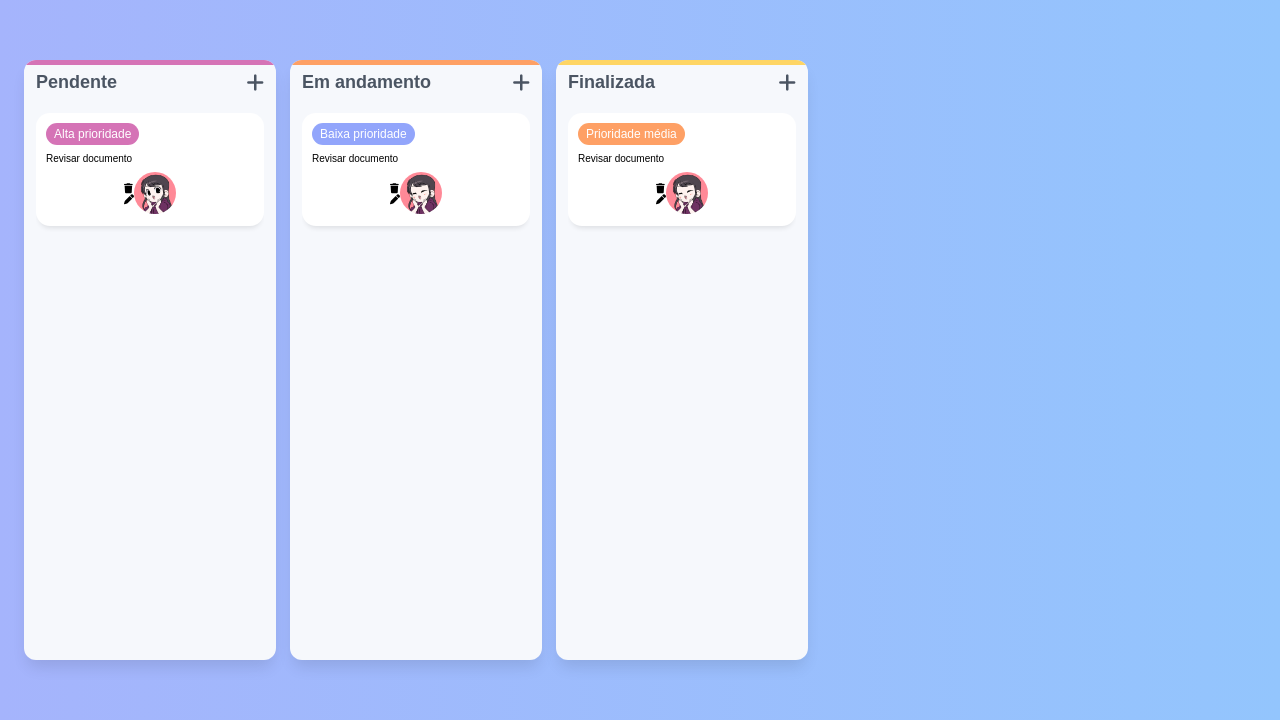
Repository: Marinalr-25/ProjetoToDoList
Page: index.html
An editor plug-in stored every save of this project. The page is shown before and after the next save, followed by the edit.
The browser window is 1280 px wide. The pictures show the whole page.
Some web fonts or font styles are not loaded; a fallback is used. Some web libraries are served in a nearby version.

Above is the page before, as saved 2024-10-29 22:32:59.

After the next save:
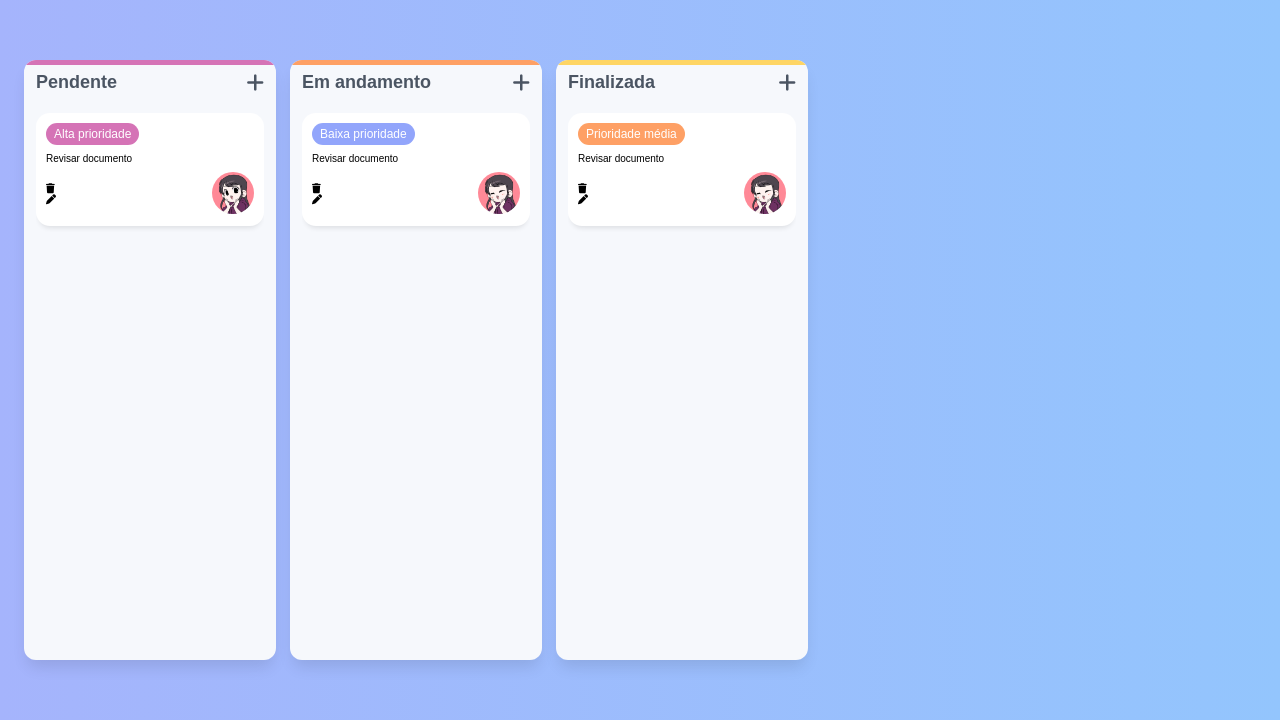
Saved 15 s later.
--- a/css/style.css
+++ b/css/style.css
@@ -124,7 +124,7 @@ body {
 
 .card-infos {
   display: flex;
-  justify-content: center;
+  justify-content: space-between;
   align-items: center;
 }
 
